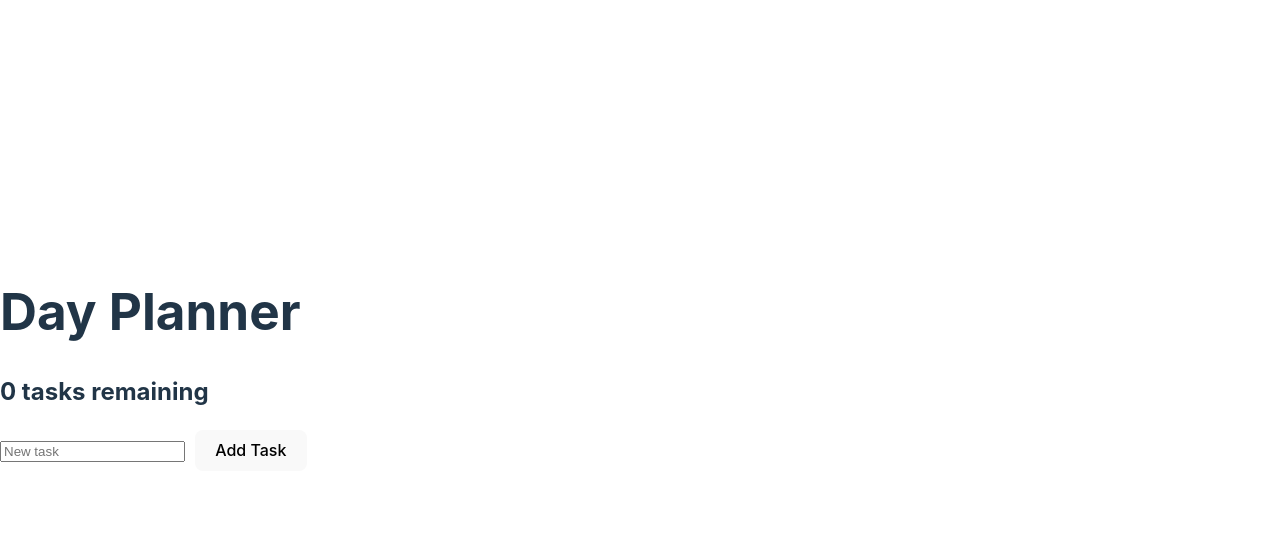
Repository: GavinPahal/lab5
Page: /
An editor plug-in stored every save of this project. The page is shown before and after the next save, followed by the edit.
The browser window is 1280 px wide. The pictures show the whole page.
The project was rebuilt for these pictures with package versions that can differ from the ones it lists, and the page was loaded fresh each time. Also part of the build but not shown: vite.config.js, components/Task.jsx.

Above is the page before, as saved 2024-10-11 17:14:21.

### src/App.jsx
// src/App.jsx
import React, { useState } from 'react';
import Header from '../components/Header';
import TaskForm from '../components/TaskForm';
import TaskList from '../components/TaskList';
import './App.css';

function App() {
  const [tasks, setTasks] = useState([]);

  const addTask = (name) => {
    setTasks([...tasks, { id: Date.now(), name, isCompleted: false }]);
  };

  const toggleComplete = (id) => {
    setTasks(tasks.map(task =>
      task.id === id ? { ...task, isCompleted: !task.isCompleted } : task
    ));
  };

  const deleteTask = (id) => {
    setTasks(tasks.filter(task => task.id !== id));
  };

  const pendingTasksCount = tasks.filter(task => !task.isCompleted).length;

  return (
    <div className="app">
      <Header pendingTasksCount={pendingTasksCount} />
      <TaskForm addTask={addTask} />
      <TaskList
        tasks={tasks}
        toggleComplete={toggleComplete}
        deleteTask={deleteTask}
      />
    </div>
  );
}

export default App;

### components/Header.jsx
// components/Header.jsx
import React from 'react';

function Header({ pendingTasksCount }) {
  return (
    <header>
      <h1>Day Planner</h1>
      <h2>{pendingTasksCount} tasks remaining</h2>
    </header>
  );
}

export default Header;

### components/TaskForm.jsx
// components/TaskForm.jsx
import React, { useState } from 'react';

function TaskForm({ addTask }) {
  const [taskName, setTaskName] = useState('');

  const handleSubmit = (e) => {
    e.preventDefault();
    if (taskName.trim()) {
      addTask(taskName);
      setTaskName('');
    }
  };

  return (
    <form onSubmit={handleSubmit}>
      <input
        type="text"
        value={taskName}
        onChange={(e) => setTaskName(e.target.value)}
        placeholder="New task"
      />
      <button type="submit">Add Task</button>
    </form>
  );
}

export default TaskForm;

### components/TaskList.jsx
// components/TaskList.jsx
import React from 'react';
import Task from './Task';

function TaskList({ tasks, toggleComplete, deleteTask }) {
  return (
    <div className="task-list">
      {tasks.map(task => (
        <Task
          key={task.id}
          task={task}
          toggleComplete={toggleComplete}
          deleteTask={deleteTask}
        />
      ))}
    </div>
  );
}

export default TaskList;

### src/App.css
/* src/App.css */
.task {
  display: flex;
  align-items: center;
  margin-bottom: 10px;
}

.completed span {
  text-decoration: line-through;
  color: gray;
}

button {
  margin-left: 10px;
}

Loaded but not shown: index.html (common file); src/main.jsx (common file); src/index.css (common file)

After the next save:
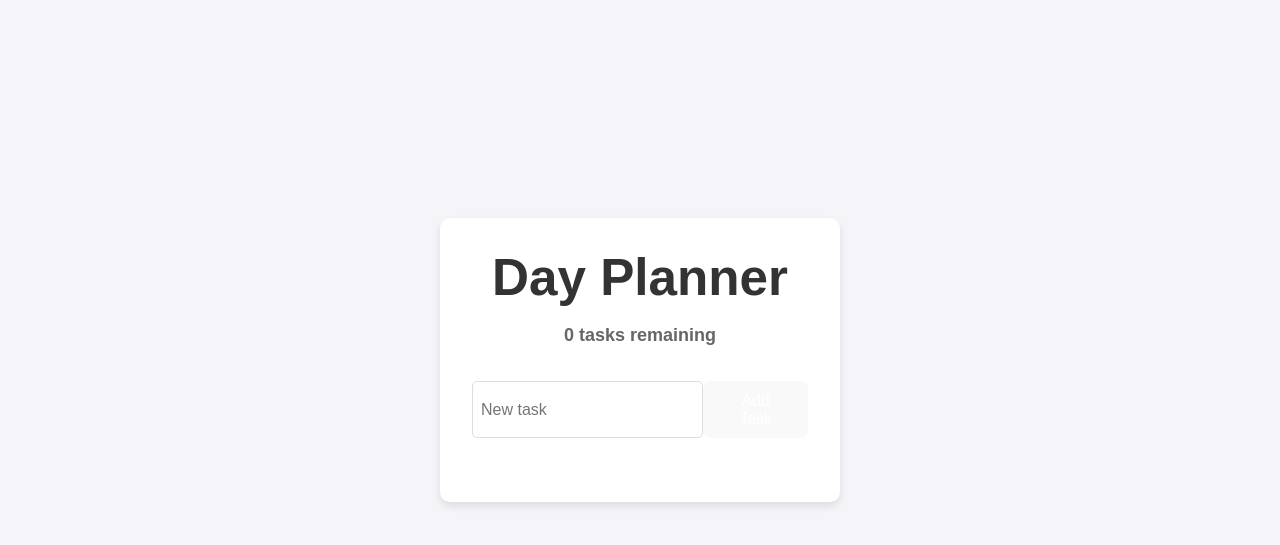
Saved 2 min 30 s later.
--- a/src/App.css
+++ b/src/App.css
@@ -1,15 +1,96 @@
 /* src/App.css */
+* {
+  margin: 0;
+  padding: 0;
+  box-sizing: border-box;
+  font-family: Arial, sans-serif;
+}
+
+body {
+  background-color: #f4f4f9;
+  display: flex;
+  justify-content: center;
+  align-items: center;
+  height: 100vh;
+}
+
+.app {
+  background-color: #fff;
+  padding: 2rem;
+  border-radius: 10px;
+  box-shadow: 0 4px 8px rgba(0, 0, 0, 0.1);
+  width: 400px;
+  text-align: center;
+}
+
+h1 {
+  font-size: 24px;
+  margin-bottom: 1rem;
+  color: #333;
+}
+
+h2 {
+  font-size: 18px;
+  margin-bottom: 2rem;
+  color: #666;
+}
+
+form {
+  display: flex;
+  justify-content: space-between;
+  margin-bottom: 2rem;
+}
+
+input[type="text"] {
+  width: 70%;
+  padding: 0.5rem;
+  border-radius: 5px;
+  border: 1px solid #ddd;
+  font-size: 16px;
+}
+
+button {
+  padding: 0.5rem 1rem;
+  border-radius: 5px;
+  border: none;
+  background-color: #28a745;
+  color: #fff;
+  font-size: 16px;
+  cursor: pointer;
+}
+
+button:hover {
+  background-color: #218838;
+}
+
+.task-list {
+  list-style: none;
+  padding: 0;
+}
+
 .task {
   display: flex;
+  justify-content: space-between;
   align-items: center;
   margin-bottom: 10px;
+  padding: 0.5rem;
+  border-bottom: 1px solid #eee;
+}
+
+input[type="checkbox"] {
+  transform: scale(1.2);
 }
 
 .completed span {
   text-decoration: line-through;
-  color: gray;
+  color: #777;
 }
 
-button {
-  margin-left: 10px;
+button.delete {
+  background-color: #dc3545;
+  padding: 0.2rem 0.5rem;
 }
+
+button.delete:hover {
+  background-color: #c82333;
+}
